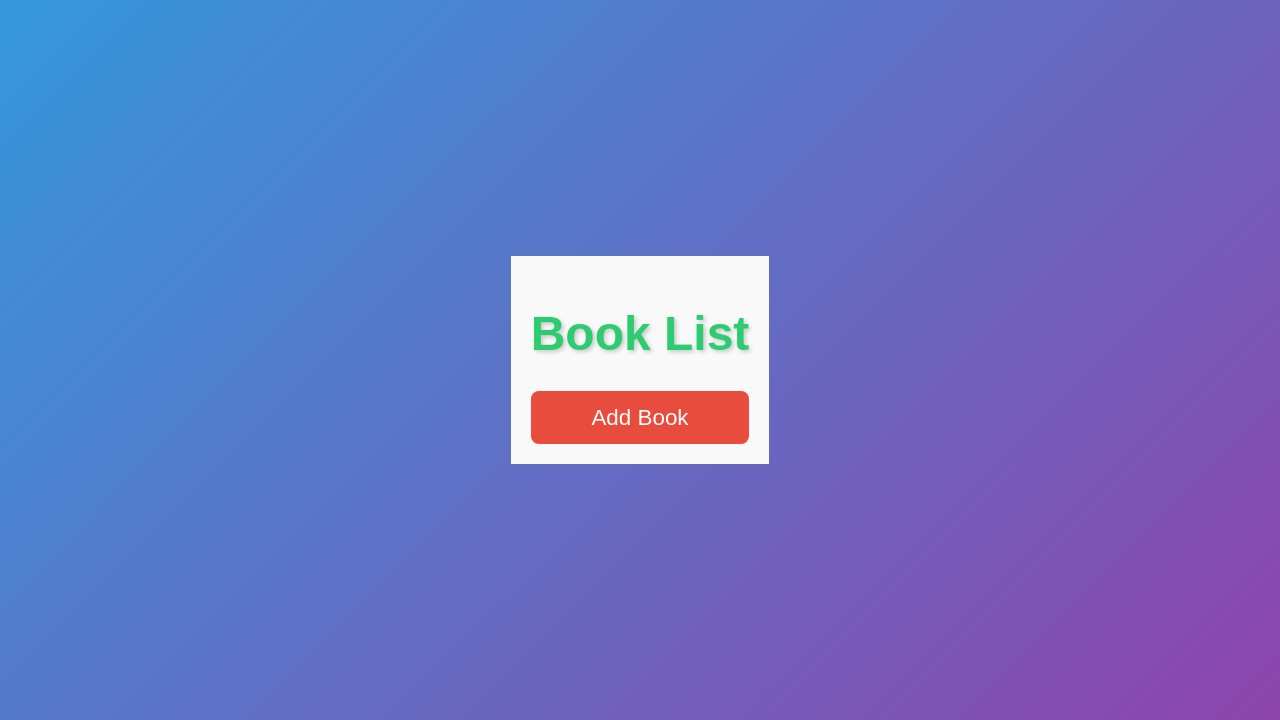
Repository: KanmegneTabouguie/librarymanagement
Page: / (app in frontend/library-frontend/)
The author's editor kept a copy of each file at every save. The page is drawn from the files as they stood at one save, then again after the next save.
The browser window is 1280 px wide. The pictures show the whole page.
The page's requests for data from a server got no answer. The project was rebuilt for these pictures with package versions that can differ from the ones it lists, and the page was loaded fresh each time. No one was signed in, and anything a server would have sent is missing. Also part of the build but not shown: frontend/library-frontend/vite.config.js, frontend/library-frontend/src/components/AddBook.jsx, frontend/library-frontend/src/components/UpdateBook.jsx, frontend/library-frontend/src/components/PublishBook.jsx.

Above is the page before, as saved 2024-02-24 14:49:43.

After the next save:
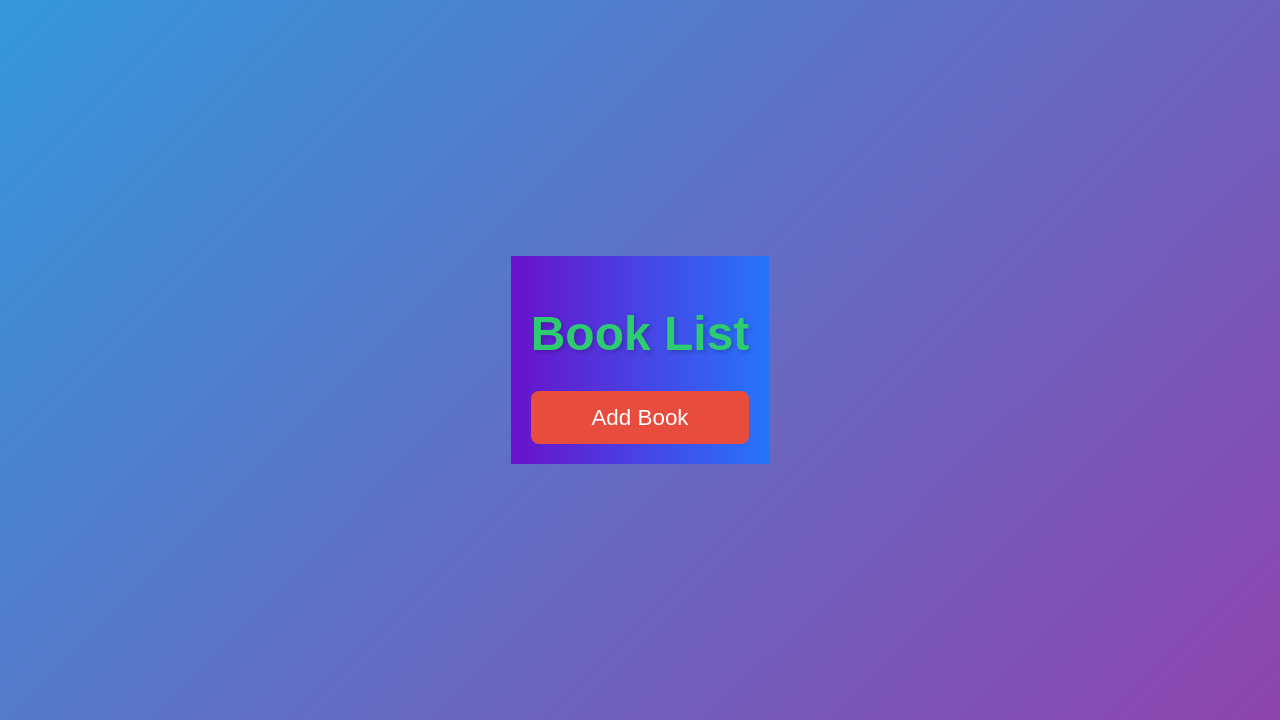
Saved 4 days later.
--- a/frontend/library-frontend/src/components/BookListStyles.js
+++ b/frontend/library-frontend/src/components/BookListStyles.js
@@ -3,7 +3,8 @@ const BookListStyles = {
   container: {
     textAlign: 'center',
     padding: '20px',
-    backgroundColor: '#f9f9f9',
+    background: 'linear-gradient(to right, #6A11CB, #2575FC)',
+    color: 'white', // Adjust text color for better visibility
   },
 
   headingStyle: {
